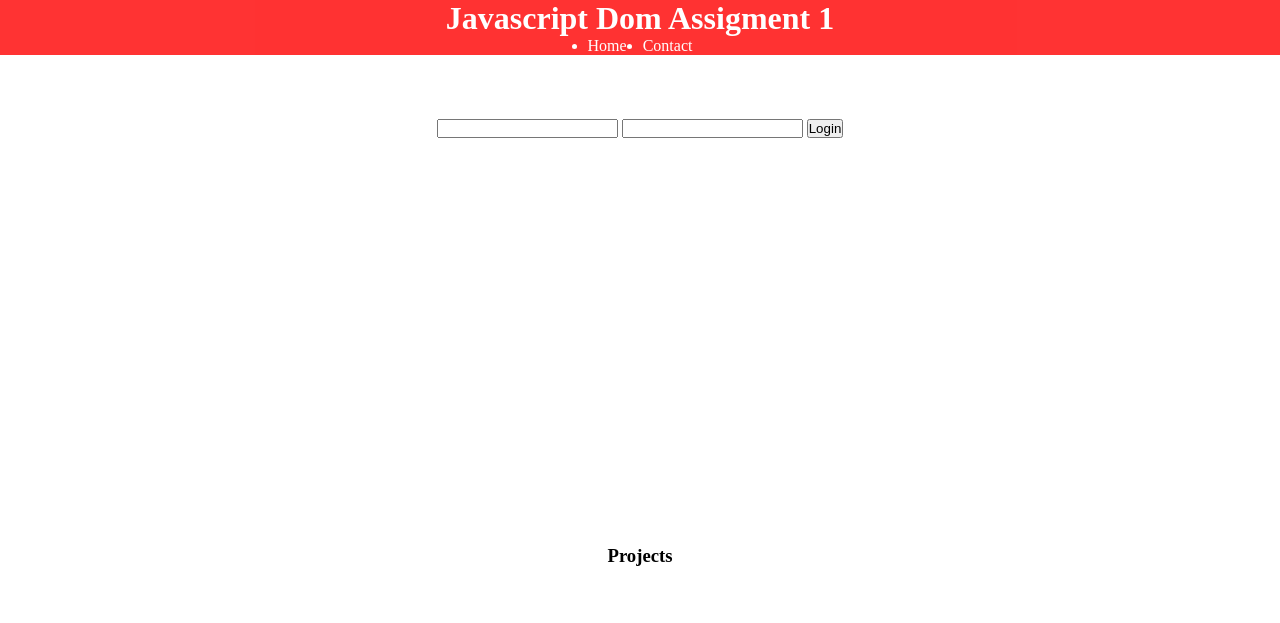
Repository: haakanerol/haakanerol
Page: Js.ass1/index.html
These files come from the project's save history. The page is drawn as it stood at one moment and after the next save; the edit follows.
The browser window is 1280 px wide. The pictures show the whole page.

Above is the page before, as saved 2024-02-25 15:59:31.

After the next save:
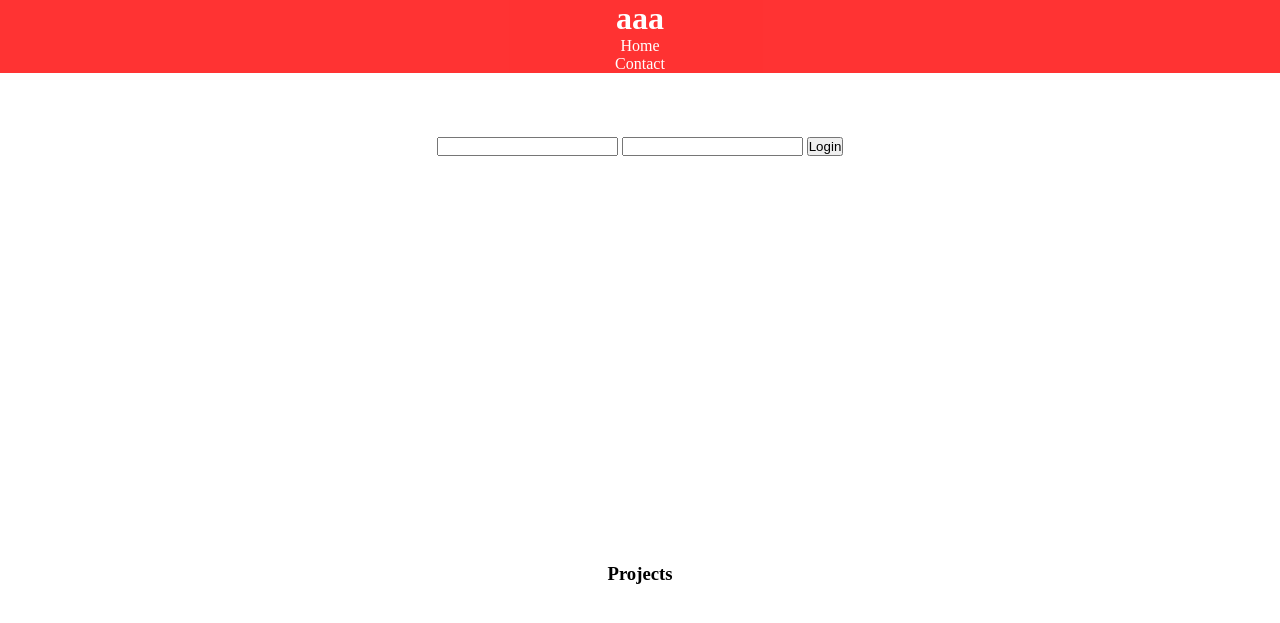
Console error: ReferenceError: newTitle is not defined
Saved 8 s later.
--- a/Js.ass1/app.js
+++ b/Js.ass1/app.js
@@ -3,7 +3,7 @@
 newHeader.style.opacity = "0.8"
 newHeader.style.color = "white"
 newHeader.style.textAlign = "center"
-
+newHeader.style.
 
 newTitle = document.getElementById("title")
 newTitle.textContent = "Javascript Dom Assigment 1"

After the 3 saves that followed:
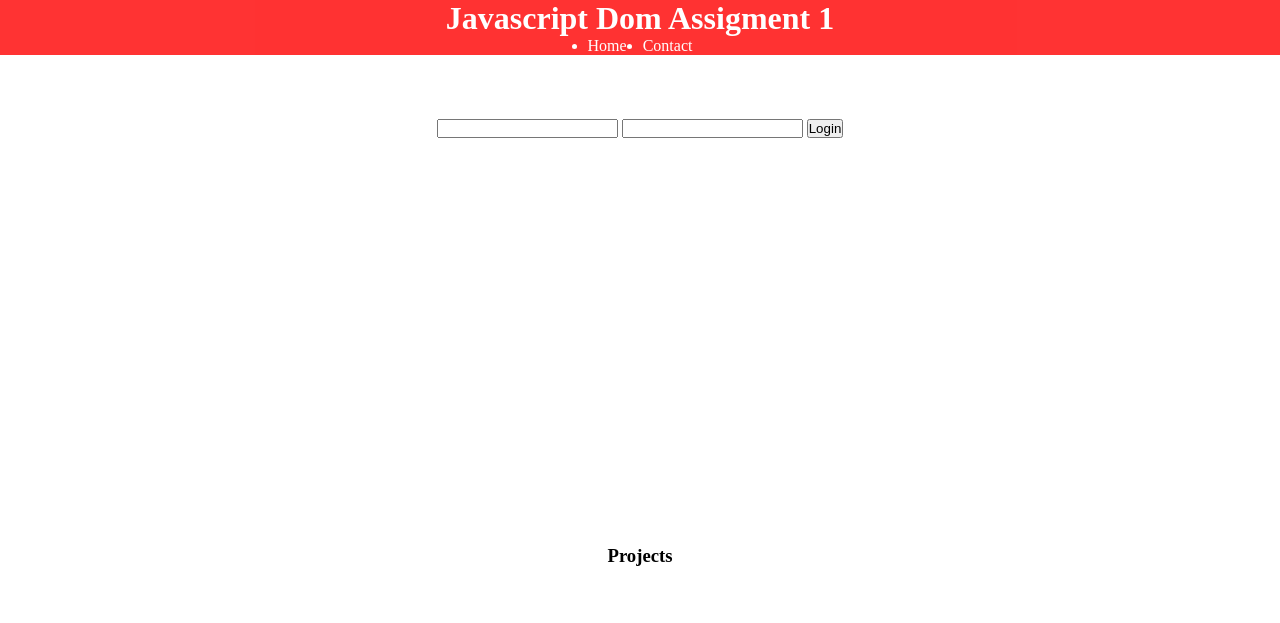
The error is gone.
The 3 saves are shown as one change because they came seconds apart.
The last was saved 8 s later.
--- a/Js.ass1/app.js
+++ b/Js.ass1/app.js
@@ -3,7 +3,7 @@
 newHeader.style.opacity = "0.8"
 newHeader.style.color = "white"
 newHeader.style.textAlign = "center"
-newHeader.style.
+newHeader.style.padding = ""
 
 newTitle = document.getElementById("title")
 newTitle.textContent = "Javascript Dom Assigment 1"
